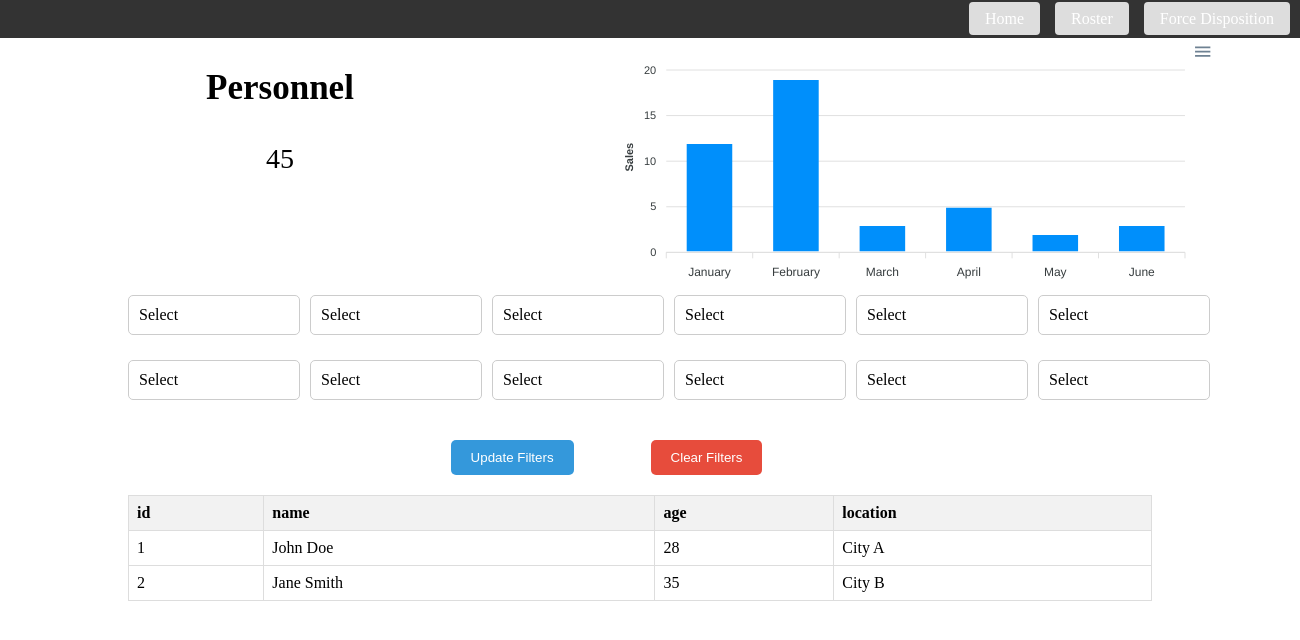
Repository: mjquesada/j2x_react
Page: /roster
The author's editor kept a copy of each file at every save. The page is drawn from the files as they stood at one save, then again after the next save.
The browser window is 1280 px wide. The page is 1300 px wide, so the pictures cover 1300 px, including what lies to the right of the window. The pictures show the whole page.
The project was rebuilt for these pictures with package versions that can differ from the ones it lists, and the page was loaded fresh each time. Also part of the build but not shown: src/components/Box.js, src/components/Tile.js, src/components/Home.jsx, src/components/Map.js, src/components/Force.jsx.

Above is the page before, as saved 2024-03-12 13:23:51.

After the next save:
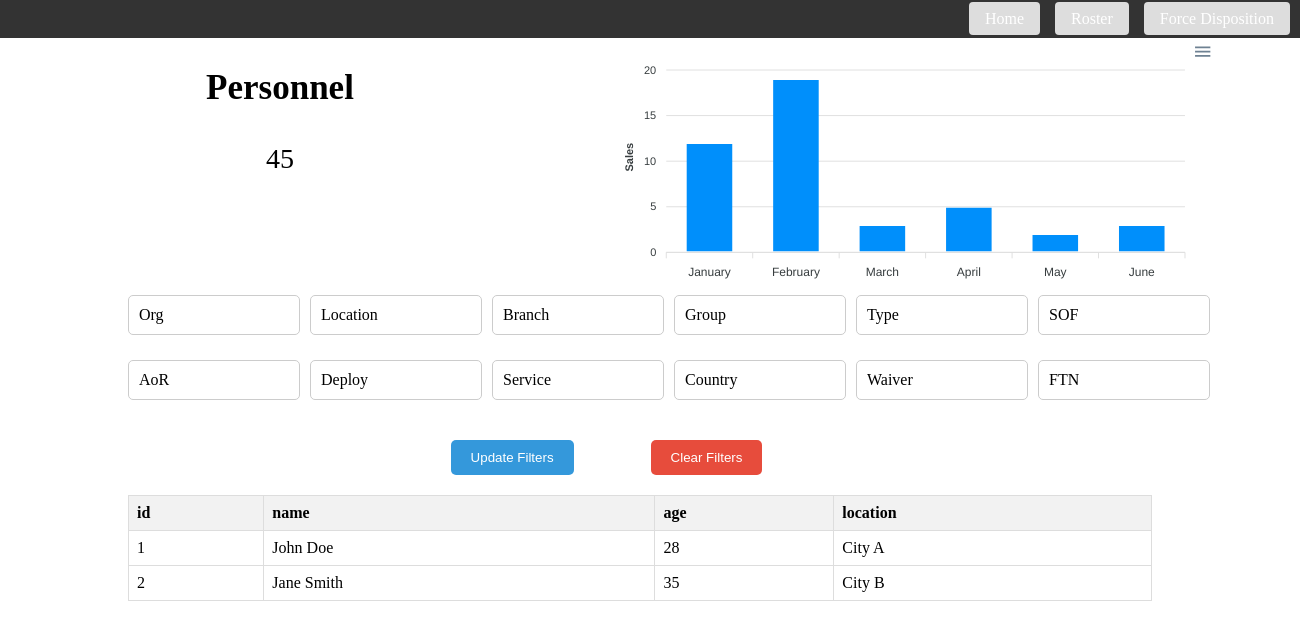
Saved 2 min 53 s later.
--- a/src/components/Dropdown.js
+++ b/src/components/Dropdown.js
@@ -1,7 +1,7 @@
 import React, { useState } from 'react';
 
-const Dropdown = ({ options, onChange }) => {
-  const [selectedOption, setSelectedOption] = useState(null);
+const Dropdown = ({ options, onChange, label }) => {
+  const [selectedOption, setSelectedOption] = useState(label ? { label: label, value: '' } : null);
   const [isOpen, setIsOpen] = useState(false);
 
   const handleOptionClick = (option) => {
